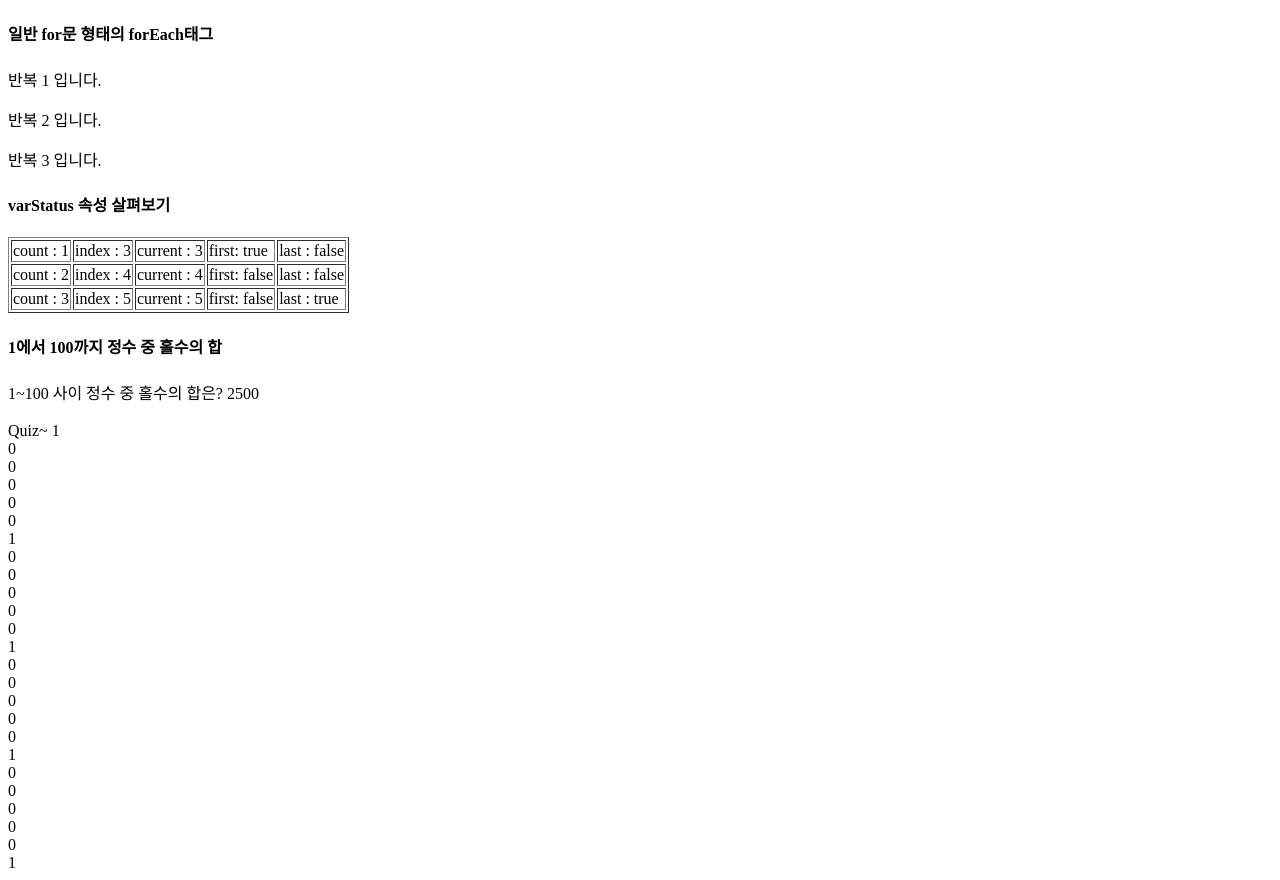
Repository: ssing365/JSPStudy
Page: http://localhost/JSPServlet/11JSTL/core/ForEachNormal.jsp
These files come from the project's save history. The page is drawn as it stood at one moment and after the next save; the edit follows.
The browser window is 1280 px wide. The pictures show the whole page.
The page is served by Tomcat 10.

Above is the page before, as saved 2024-11-06 08:36:08.

After the next save:
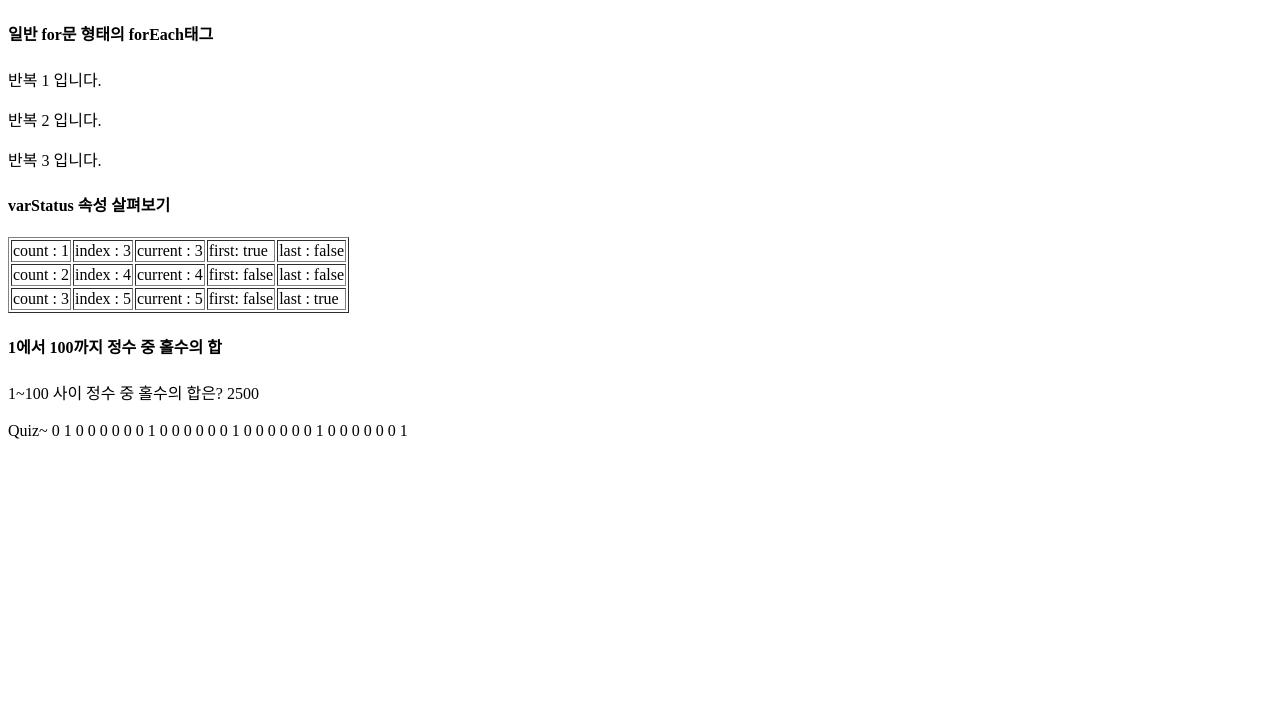
Saved 42 s later.
--- a/JSPServlet/src/main/webapp/11JSTL/core/ForEachNormal.jsp
+++ b/JSPServlet/src/main/webapp/11JSTL/core/ForEachNormal.jsp
@@ -59,9 +59,7 @@
 	Quiz~
 	<c:forEach begin="1" end="5" var="i" >
 		<c:forEach begin="1" end="5" var="j">
-			<c:if test="${ i eq j }" var="result">1</c:if>
-			<c:if test="${not result }">0</c:if>
-			<br/>
+			0 <c:if test="${ i eq j }" var="result">1</c:if>
 		</c:forEach>
 	</c:forEach>
 
